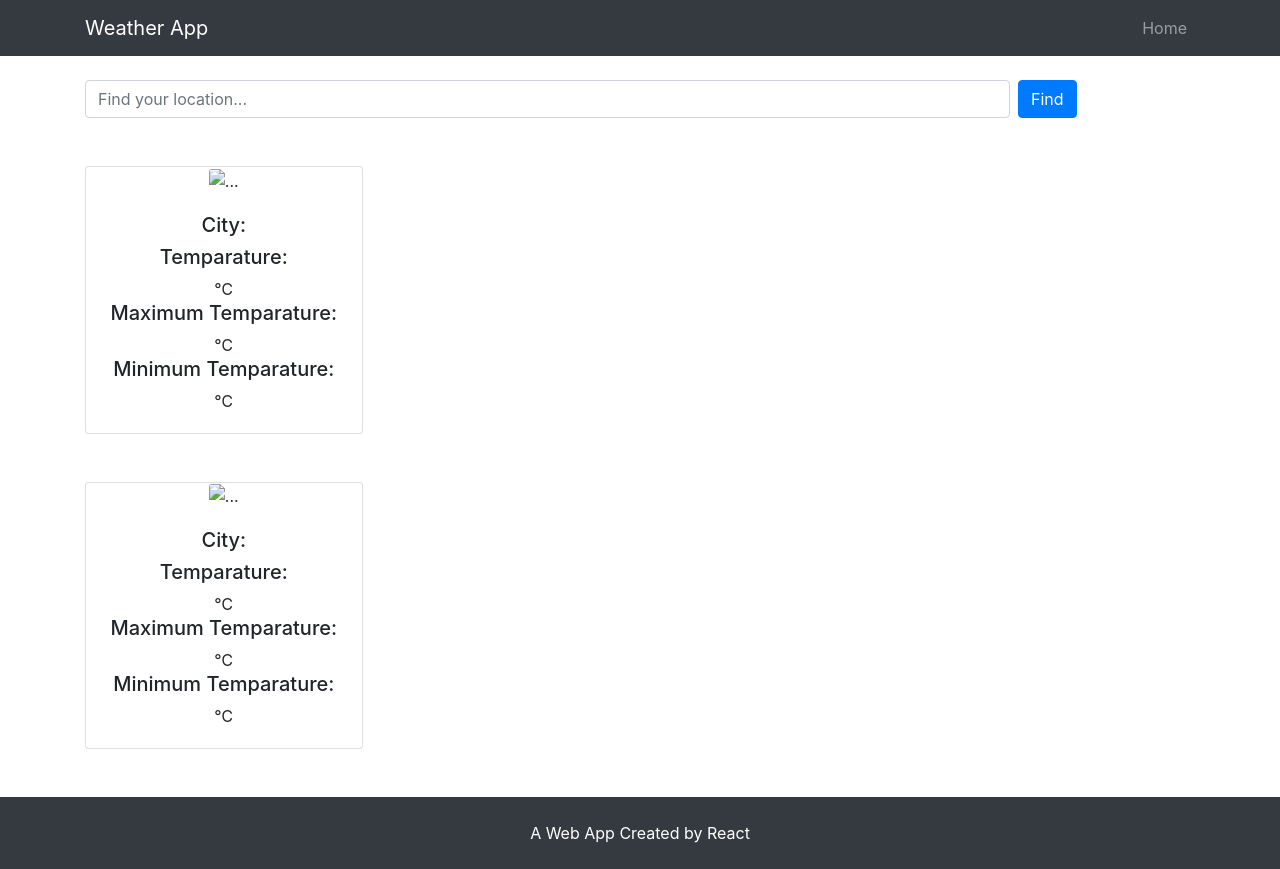
Repository: smk87/weather-app-react
Page: /
An editor plug-in stored every save of this project. The page is shown before and after the next save, followed by the edit.
The browser window is 1280 px wide. The pictures show the whole page.
The page's requests for data from a server got no answer. Some web libraries are served in a nearby version. The project was rebuilt for these pictures with package versions that can differ from the ones it lists, and the page was loaded fresh each time. A package was used in the major version that the imports need, not the one package.json lists. No one was signed in, and anything a server would have sent is missing.

Above is the page before, as saved 2019-02-06 17:53:42.

### public/index.html
<!DOCTYPE html>
<html lang="en">
  <head>
    <meta charset="utf-8" />
    <link rel="shortcut icon" href="%PUBLIC_URL%/favicon.ico" />
    <meta
      name="viewport"
      content="width=device-width, initial-scale=1, shrink-to-fit=no"
    />
    <meta name="theme-color" content="#000000" />
    <!--
      manifest.json provides metadata used when your web app is added to the
      homescreen on Android. See https://developers.google.com/web/fundamentals/web-app-manifest/
    -->
    <link rel="manifest" href="%PUBLIC_URL%/manifest.json" />
    <link
      rel="stylesheet"
      href="https://stackpath.bootstrapcdn.com/bootstrap/4.2.1/css/bootstrap.min.css"
      integrity="sha384-GJzZqFGwb1QTTN6wy59ffF1BuGJpLSa9DkKMp0DgiMDm4iYMj70gZWKYbI706tWS"
      crossorigin="anonymous"
    />
    <script
      defer
      src="https://use.fontawesome.com/releases/v5.6.3/js/all.js"
      integrity="sha384-EIHISlAOj4zgYieurP0SdoiBYfGJKkgWedPHH4jCzpCXLmzVsw1ouK59MuUtP4a1"
      crossorigin="anonymous"
    ></script>
    <!--
      Notice the use of %PUBLIC_URL% in the tags above.
      It will be replaced with the URL of the `public` folder during the build.
      Only files inside the `public` folder can be referenced from the HTML.

      Unlike "/favicon.ico" or "favicon.ico", "%PUBLIC_URL%/favicon.ico" will
      work correctly both with client-side routing and a non-root public URL.
      Learn how to configure a non-root public URL by running `npm run build`.
    -->
    <title>React App</title>
  </head>
  <body>
    <noscript>You need to enable JavaScript to run this app.</noscript>
    <div id="root"></div>
    <!--
      This HTML file is a template.
      If you open it directly in the browser, you will see an empty page.

      You can add webfonts, meta tags, or analytics to this file.
      The build step will place the bundled scripts into the <body> tag.

      To begin the development, run `npm start` or `yarn start`.
      To create a production bundle, use `npm run build` or `yarn build`.
    -->

    <script
      src="https://code.jquery.com/jquery-3.3.1.slim.min.js"
      integrity="sha384-q8i/X+965DzO0rT7abK41JStQIAqVgRVzpbzo5smXKp4YfRvH+8abtTE1Pi6jizo"
      crossorigin="anonymous"
    ></script>
    <script
      src="https://cdnjs.cloudflare.com/ajax/libs/popper.js/1.14.6/umd/popper.min.js"
      integrity="sha384-wHAiFfRlMFy6i5SRaxvfOCifBUQy1xHdJ/yoi7FRNXMRBu5WHdZYu1hA6ZOblgut"
      crossorigin="anonymous"
    ></script>
    <script
      src="https://stackpath.bootstrapcdn.com/bootstrap/4.2.1/js/bootstrap.min.js"
      integrity="sha384-B0UglyR+jN6CkvvICOB2joaf5I4l3gm9GU6Hc1og6Ls7i6U/mkkaduKaBhlAXv9k"
      crossorigin="anonymous"
    ></script>
  </body>
</html>

### src/App.js
import React, { Component } from "react";
import { BrowserRouter as Router, Route, Switch } from "react-router-dom";
import logo from "./logo.svg";
import "./App.css";

//Import Layout Components
import NavBar from "./components/NavBar";
import Footer from "./components/Footer";
import Home from "./components/Home";

class App extends Component {
  render() {
    return (
      <Router>
        <div className="App">
          <NavBar />
          <Route exact path="/" component={Home} />
          <Footer />
        </div>
      </Router>
    );
  }
}

export default App;

### src/components/NavBar.js
import React, { Component } from "react";
import { Link } from "react-router-dom";

export default class NavBar extends Component {
  render() {
    return (
      <div>
        <nav className="navbar navbar-expand-sm navbar-dark bg-dark mb-4">
          <div className="container">
            <Link className="navbar-brand" to="/">
              Weather App
            </Link>
            <button
              className="navbar-toggler"
              type="button"
              data-toggle="collapse"
              data-target="#mobile-nav"
            >
              <span className="navbar-toggler-icon" />
            </button>

            <div className="collapse navbar-collapse" id="mobile-nav">
              <ul className="navbar-nav mr-auto" />
              <ul className="navbar-nav ml-auto">
                <li className="nav-item">
                  <Link className="nav-link" to="/">
                    Home
                  </Link>
                </li>
              </ul>
            </div>
          </div>
        </nav>
      </div>
    );
  }
}

### src/components/Footer.js
import React from "react";

export default function Footer() {
  return (
    <footer className="bg-dark text-white mt-5 p-4 text-center">
      A Web App Created by React
    </footer>
  );
}

### src/components/Home.js
import React, { Component } from "react";
import { Link } from "react-router-dom";
import Weather from "./Weather";

export default class Home extends Component {
  constructor() {
    super();

    this.state = {
      search: ""
    };
  }
  onChange = e => {
    this.setState({
      [e.target.name]: e.target.value
    });
  };
  onSubmit = e => {
    e.preventDefault();
    console.log(this.state);
  };

  render() {
    return (
      <div>
        <div className="container">
          <form onSubmit={this.onSubmit} action="#" className="form-inline">
            <input
              type="text"
              name="search"
              className="form-control col-md-10"
              placeholder="Find your location..."
              value={this.state.search}
              onChange={this.onChange}
            />
            <input
              type="submit"
              className="ml-2 btn btn-primary"
              value="Find"
            />
          </form>
          <Weather id="2344116" />
          <Weather id="2344116" />
        </div>
      </div>
    );
  }
}

### src/components/Weather.js
import React, { Component } from "react";
import axios from "axios";

export default class Weather extends Component {
  constructor() {
    super();

    this.state = {
      cityname: "",
      id: "",
      temp: "",
      maxtemp: "",
      mintemp: "",
      logo: ""
    };
  }

  componentWillMount() {
    this.setState({ id: this.props.id });

    const url = `weather/weather.php?command=location&woeid=${this.props.id}`;
    // console.log(url);
    axios
      .get(url) //Used proxy to connect with local wamp server
      .then(res => {
        console.log(res.data);

        switch (res.data.consolidated_weather[0].weather_state_name) {
          case "Snow":
            this.setState({
              logo: "https://www.metaweather.com/static/img/weather/sn.svg"
            });
            break;
          case "Sleet":
            this.setState({
              logo: "https://www.metaweather.com/static/img/weather/sl.svg"
            });
            break;
          case "Hail":
            this.setState({
              logo: "https://www.metaweather.com/static/img/weather/h.svg"
            });
            break;
          case "Thunderstorm":
            this.setState({
              logo: "https://www.metaweather.com/static/img/weather/t.svg"
            });
            break;
          case "Heavy Rain":
            this.setState({
              logo: "https://www.metaweather.com/static/img/weather/hr.svg"
            });
            break;
          case "Light Rain":
            this.setState({
              logo: `https://www.metaweather.com/static/img/weather/lr.svg`
            });
            break;
          case "Showers":
            this.setState({
              logo: "https://www.metaweather.com/static/img/weather/s.svg"
            });
            break;
          case "Heavy Cloud":
            this.setState({
              logo: "https://www.metaweather.com/static/img/weather/hc.svg"
            });
            break;
          case "Light Cloud":
            this.setState({
              logo: "https://www.metaweather.com/static/img/weather/lc.svg"
            });
            break;
          case "Clear":
            this.setState({
              logo: "https://www.metaweather.com/static/img/weather/c.svg"
            });
            break;
        }
        this.setState({
          cityname: res.data.title,
          temp: res.data.consolidated_weather[0].the_temp.toPrecision(3),
          maxtemp: res.data.consolidated_weather[0].max_temp.toPrecision(3),
          mintemp: res.data.consolidated_weather[0].min_temp.toPrecision(3)
        });
      })
      .catch(err => console.log(err));
  }

  render() {
    return (
      <div className="mt-5 mr-2 h-50 w-25 card">
        <div>
          <img src={this.state.logo} className="card-img-top" alt="..." />
        </div>
        <div className="card-body">
          <div className="card-text">
            <h5>City: </h5> {this.state.cityname}
          </div>
          <div className="card-text">
            <h5>Temparature: </h5> {this.state.temp}
            <span>&#8451;</span>
          </div>
          <div className="card-text">
            {" "}
            <h5>Maximum Temparature: </h5> {this.state.maxtemp}
            <span>&#8451;</span>
          </div>
          <div className="card-text">
            {" "}
            <h5>Minimum Temparature: </h5>
            {this.state.mintemp}
            <span>&#8451;</span>
          </div>
        </div>
      </div>
    );
  }
}

Loaded but not shown: src/index.js (common file); src/index.css (common file); src/serviceWorker.js (common file); src/App.css (common file)

After the next save:
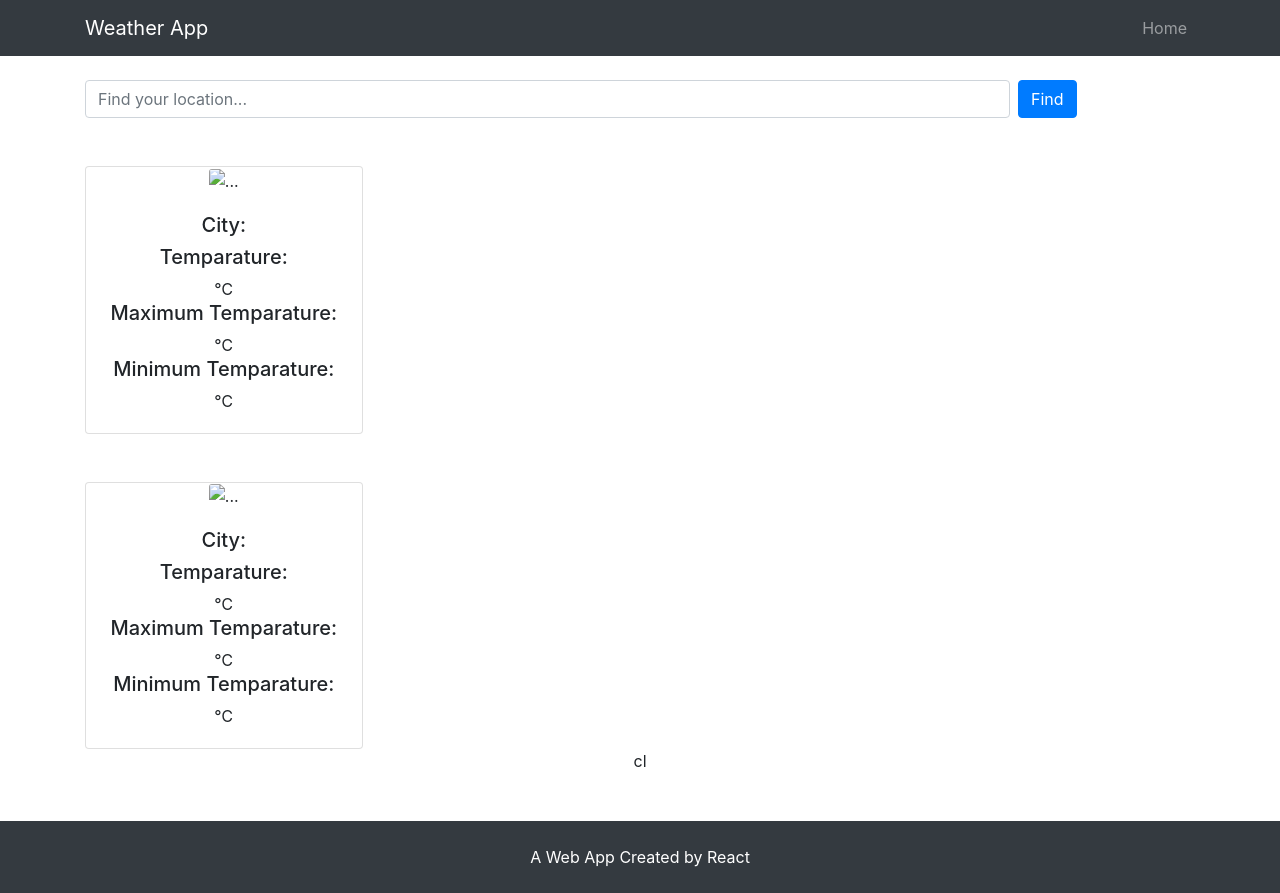
Saved 30 s later.
--- a/src/components/Home.js
+++ b/src/components/Home.js
@@ -40,7 +40,8 @@ export default class Home extends Component {
             />
           </form>
           <Weather id="2344116" />
-          <Weather id="2344116" />
+          <Weather className="ml-15" id="2344116" />
+          cl
         </div>
       </div>
     );
